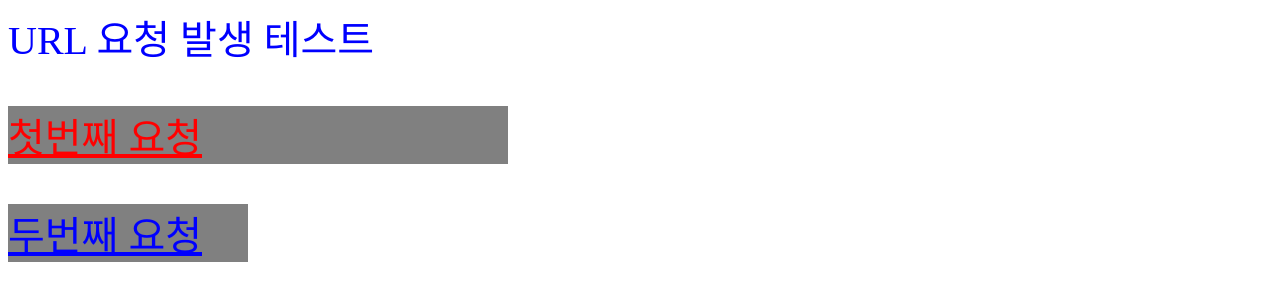
Repository: H-hyeonje/jsp
Page: http://localhost/jsp_example/
These files come from the project's save history. The page is drawn as it stood at one moment and after the next save; the edit follows.
The browser window is 1280 px wide. The pictures show the whole page.
The pointer rests on the first visible `body>p`.
The page is served by Tomcat 10.

Above is the page before, as saved 2024-10-07 07:19:06.

After the next save:
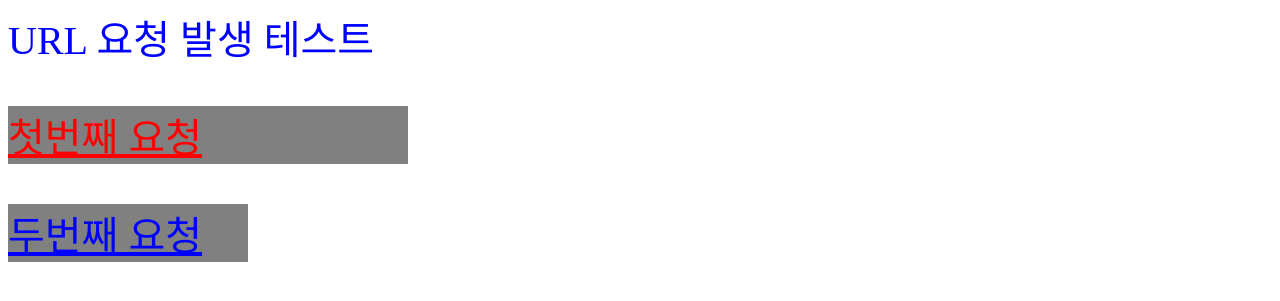
Saved 21 s later.
--- a/jsp_example/src/main/webapp/index.css
+++ b/jsp_example/src/main/webapp/index.css
@@ -12,7 +12,7 @@ body>p:first-child>a{
 
 }
 body>p:hover{
-	width:500px;
+	width:400px;
 
 }
 body>p>a:hover{
